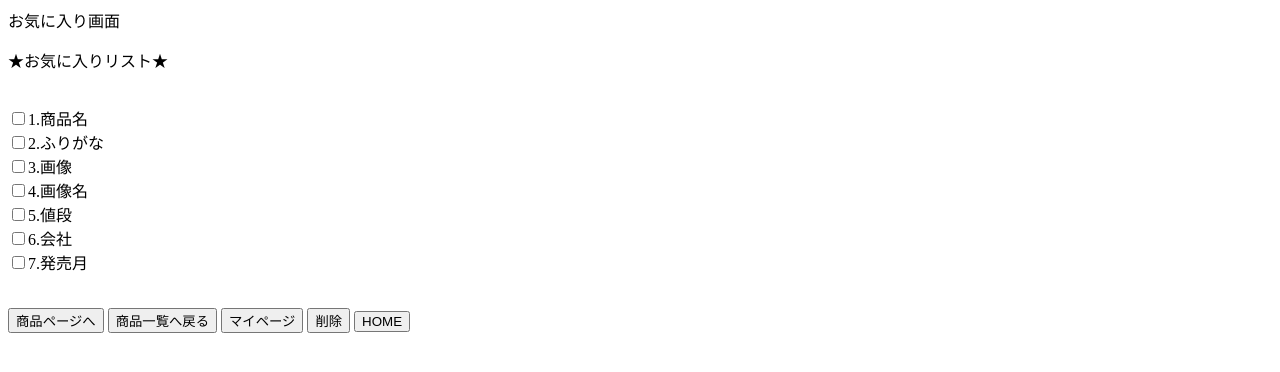
Repository: nathox/backup
Page: http://localhost/Favorite/z.jsp
An editor plug-in stored every save of this project. The page is shown before and after the next save, followed by the edit.
The browser window is 1280 px wide. The pictures show the whole page.
The page is served by Tomcat 9. Other server files are loaded and not shown.

Above is the page before, as saved 2018-02-08 02:17:42.
Console error (its wording comes from the project's code and is left out).

### Favorite/WebContent/z.jsp
<%@ page language="java" contentType="text/html; charset=UTF-8"
	pageEncoding="UTF-8"%>
<%@ taglib prefix="s" uri="/struts-tags" %>
<!DOCTYPE html PUBLIC "-//W3C//DTD HTML 4.01 Transitional//EN" "http://www.w3.org/TR/html4/loose.dtd">
<html>
<head>
<meta http-equiv="Content-Type" content="text/html; charset=UTF-8">
<title>Insert title here</title>




<head>
<title>全てのチェックボックスのチェックを外す</title>
<script Language="JavaScript"><!--
function checkCB()
{
	for (i=1; i<5; i++) document.myFORM.elements["myCHK"+i].checked = false;
}
// --></script>
</head>



</head>
<body>

<s:iterator value="favoriteList">















<table border="1" cellspacing="0">
        <thead id="hoge-head">
            <tr>
                <td></td>
                <td>商品名</td>
                <td>ふりがな</td>
                <td>画像</td>
                <td>画像名</td>
                <td>値段</td>
                <td>会社</td>
                <td>販売月</td>
            </tr>
        </thead>
        <tbody id="hoge-body">


            <tr>
                <td><input type="checkbox"></td>
                <td>1</td>
                <td></td>
                <td></td>
                <td></td>
                <td></td>
                <td></td>
                <td></td>
            </tr>




            <tr>
                <td><input type="checkbox"></td>
                <td>2</td>
                <td></td>
                <td></td>
                <td></td>
                <td></td>
                <td></td>
                <td></td>
            </tr>
            <tr>
                <td><input type="checkbox"></td>
                <td>3</td>
                <td></td>
                <td></td>
                <td></td>
                <td></td>
                <td></td>
                <td></td>
            </tr>
            <tr>
                <td><input type="checkbox"></td>
                <td>4</td>
                <td></td>
                <td></td>
                <td></td>
                <td></td>
                <td></td>
                <td></td>

            </tr>

            <tr>
                <td><input type="checkbox"></td>
                <td>5</td>
                <td></td>
                <td></td>
                <td></td>
                <td></td>
                <td></td>
                <td></td>
            </tr>

            <tr>
                <td><input type="checkbox"></td>
                <td>6</td>
                <td></td>
                <td></td>
                <td></td>
                <td></td>
                <td></td>
                <td></td>
            </tr>

            <tr>
                <td><input type="checkbox"></td>
                <td>7</td>
                <td></td>
                <td></td>
                <td></td>
                <td></td>
                <td></td>
                <td></td>
            </tr>

        </tbody>
    </table>

























			<table border="1" cellspacing="0">
<tr>
<td>商品名</td><td>ふりがな</td><td>画像</td><td>画像名</td><td>値段</td><td>会社</td><td>発売月</td>
</tr>





			<span>商品名<s:property value="productName" /></span>
			<span>ふりがな<s:property value="productNameKana" /></span>
			<span>画像<s:property value="imageFilePath" /></span>
			<span>画像名<s:property value="imageFileName" /></span>
			<span>値段<s:property value="price" /></span>
			<span>会社<s:property value="releaseCompany" /></span>
			<span>発売月<s:property value="releaseDate" /></span>


			<img class="image" src="<s:property value='image_file_path'/>" >
			<s:hidden name="product_id" value="%{product_id}"/>







</s:iterator>
	<form name="frmMove">
		<script language=javascript>
			function obakasannemou() {
				objChk = frmMove.chkMove //チェックボックスオブジェクトを参照
				str = ""; //チェック内容を代入する変数
				for (i = 0; i < objChk.length; i++) {
					if (objChk[i].checked)
						str += objChk[i].value
				}
				switch (str) {
				case "1":
					location.href = "https://www.yahoo.co.jp/";
					break;
				case "2":
					location.href = "https://www.google.co.jp";
					break;

				case "3":
					location.href = "https://www.biglobe.ne.jp/";
					break;

				case "4":
					location.href = "https://www.goo.ne.jp/";
					break;

				case "5":
					location.href = "https://www.google.co.jp/maps";
					break;

				case "6":
					location.href = "https://www.google.co.jp/maps";
					break;

				case "7":
					location.href = "https://www.google.co.jp/maps";
					break;


				}
			}
		</script>

		お気に入り画面
		<p>★お気に入りリスト★</p>

		<p>
			<br> <input type="checkbox" value="1" name="chkMove">1.商品名
			<br>
			<input type="checkbox" value="2" name="chkMove">2.ふりがな <br>
			<input type="checkbox" value="3" name="chkMove">3.画像 <br>
			<input type="checkbox" value="4" name="chkMove">4.画像名 <br>
			<input type="checkbox" value="5" name="chkMove">5.値段<br>
			<input type="checkbox" value="6" name="chkMove">6.会社<br>
			<input type="checkbox" value="7" name="chkMove">7.発売月
		</p>

		<p>
			<br>
			<input type="button" value="商品ページへ" onclick="obakasannemou()">


			<INPUT TYPE="button" VALUE="商品一覧へ戻る"
				onClick="http://localhost:8080/craftdenki/ProductListAction.action"> <INPUT
				TYPE="button" VALUE="マイページ"
				onClick="location.href='https://www.yahoo.co.jp/'"> <INPUT
				TYPE="button" VALUE="削除" onClick="chkMove">


		 <INPUT TYPE="button" VALUE="HOME" onClick="location.href=''">



		</p>
	</form>





</body>
</html>

After the next save:
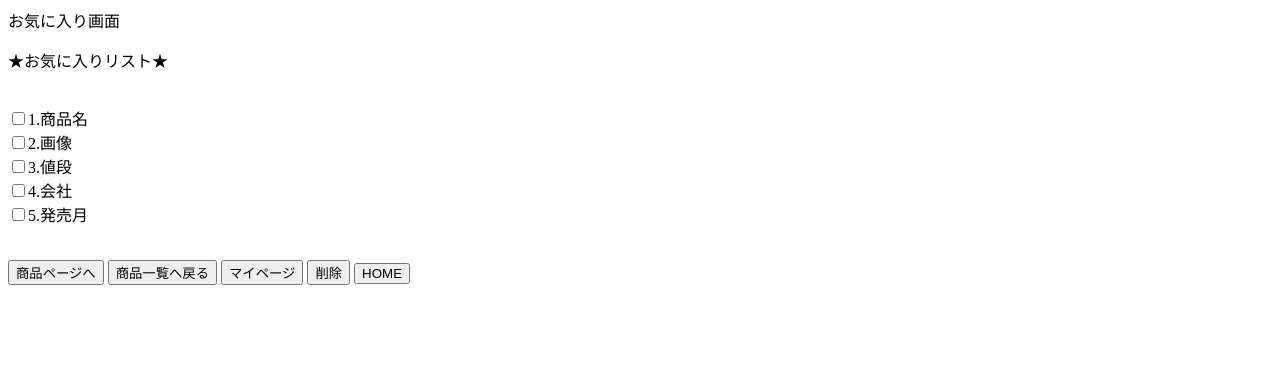
Saved 8 min 53 s later.
--- a/Favorite/WebContent/z.jsp
+++ b/Favorite/WebContent/z.jsp
@@ -46,9 +46,7 @@ function checkCB()
             <tr>
                 <td></td>
                 <td>商品名</td>
-                <td>ふりがな</td>
                 <td>画像</td>
-                <td>画像名</td>
                 <td>値段</td>
                 <td>会社</td>
                 <td>販売月</td>
@@ -165,7 +163,7 @@ function checkCB()
 
 			<table border="1" cellspacing="0">
 <tr>
-<td>商品名</td><td>ふりがな</td><td>画像</td><td>画像名</td><td>値段</td><td>会社</td><td>発売月</td>
+<td>商品名</td><td>画像</td><td>値段</td><td>会社</td><td>発売月</td>
 </tr>
 
 
@@ -173,9 +171,7 @@ function checkCB()
 
 
 			<span>商品名<s:property value="productName" /></span>
-			<span>ふりがな<s:property value="productNameKana" /></span>
 			<span>画像<s:property value="imageFilePath" /></span>
-			<span>画像名<s:property value="imageFileName" /></span>
 			<span>値段<s:property value="price" /></span>
 			<span>会社<s:property value="releaseCompany" /></span>
 			<span>発売月<s:property value="releaseDate" /></span>
@@ -239,12 +235,10 @@ function checkCB()
 		<p>
 			<br> <input type="checkbox" value="1" name="chkMove">1.商品名
 			<br>
-			<input type="checkbox" value="2" name="chkMove">2.ふりがな <br>
-			<input type="checkbox" value="3" name="chkMove">3.画像 <br>
-			<input type="checkbox" value="4" name="chkMove">4.画像名 <br>
-			<input type="checkbox" value="5" name="chkMove">5.値段<br>
-			<input type="checkbox" value="6" name="chkMove">6.会社<br>
-			<input type="checkbox" value="7" name="chkMove">7.発売月
+			<input type="checkbox" value="3" name="chkMove">2.画像 <br>
+			<input type="checkbox" value="5" name="chkMove">3.値段<br>
+			<input type="checkbox" value="6" name="chkMove">4.会社<br>
+			<input type="checkbox" value="7" name="chkMove">5.発売月
 		</p>
 
 		<p>
